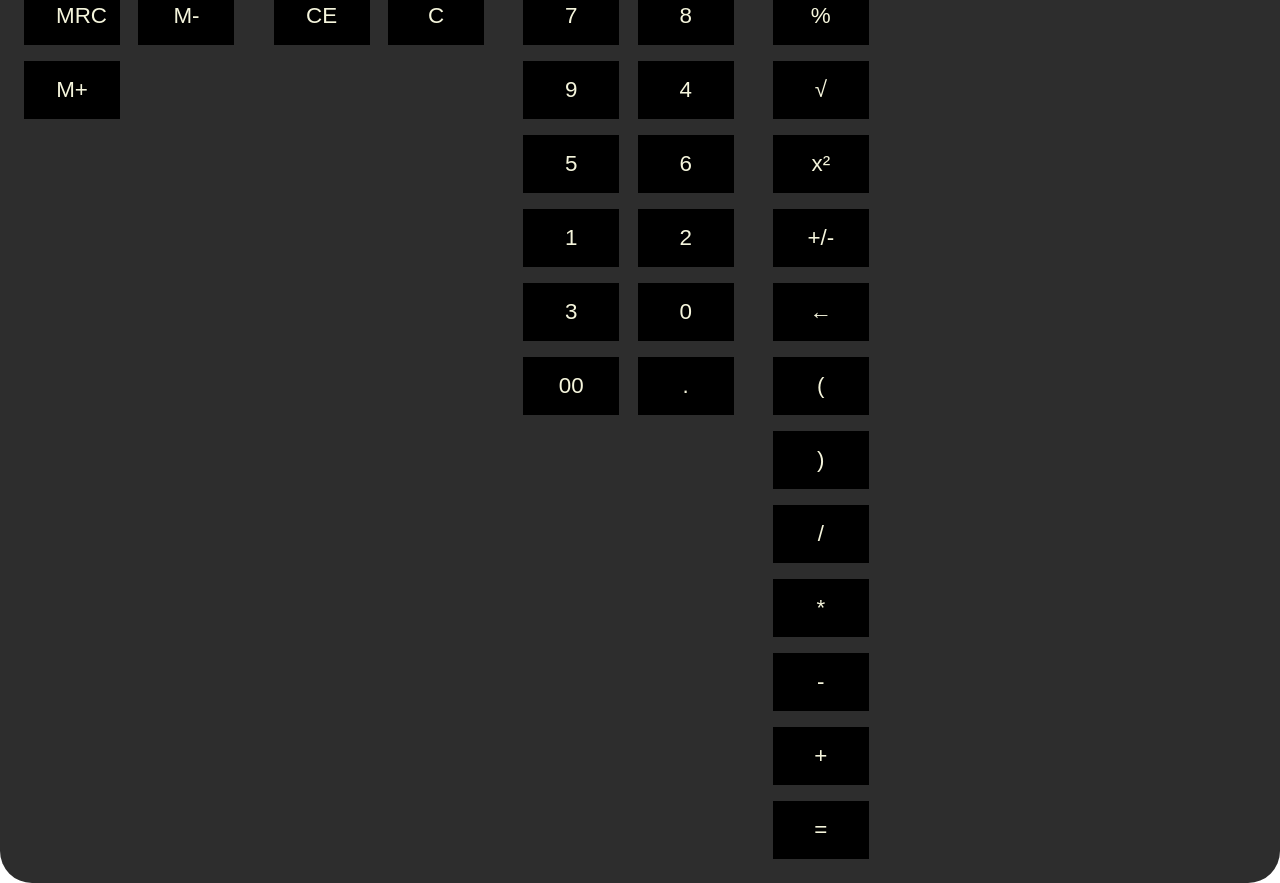
Repository: Denis793/CalculatorNew
Page: index.html
These files come from the project's save history. The page is drawn as it stood at one moment and after the next save; the edit follows.
The browser window is 1280 px wide. The pictures show the whole page.
The style sheet was rebuilt from its Sass, Less or Tailwind sources for each picture, by a compiler version that may differ from the author's.

Above is the page before, as saved 2025-05-17 18:09:51.

After the next save:
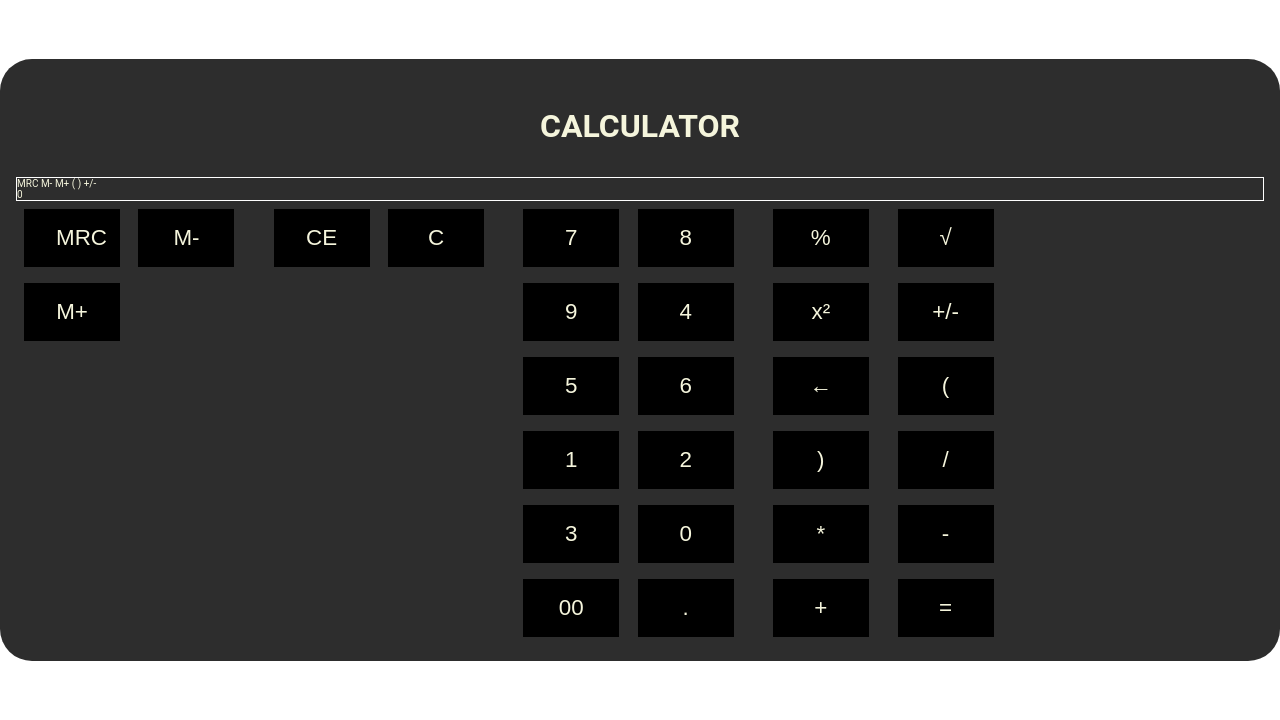
Saved 10 s later.
--- a/app/style/scss/main.scss
+++ b/app/style/scss/main.scss
@@ -52,6 +52,6 @@ button {
 
 .operationsBtn {
   display: grid;
-  grid-template-rows: repeat(2, 1fr);
+  grid-template-columns: repeat(2, 1fr);
   grid-area: 'operationsBtn';
 }
